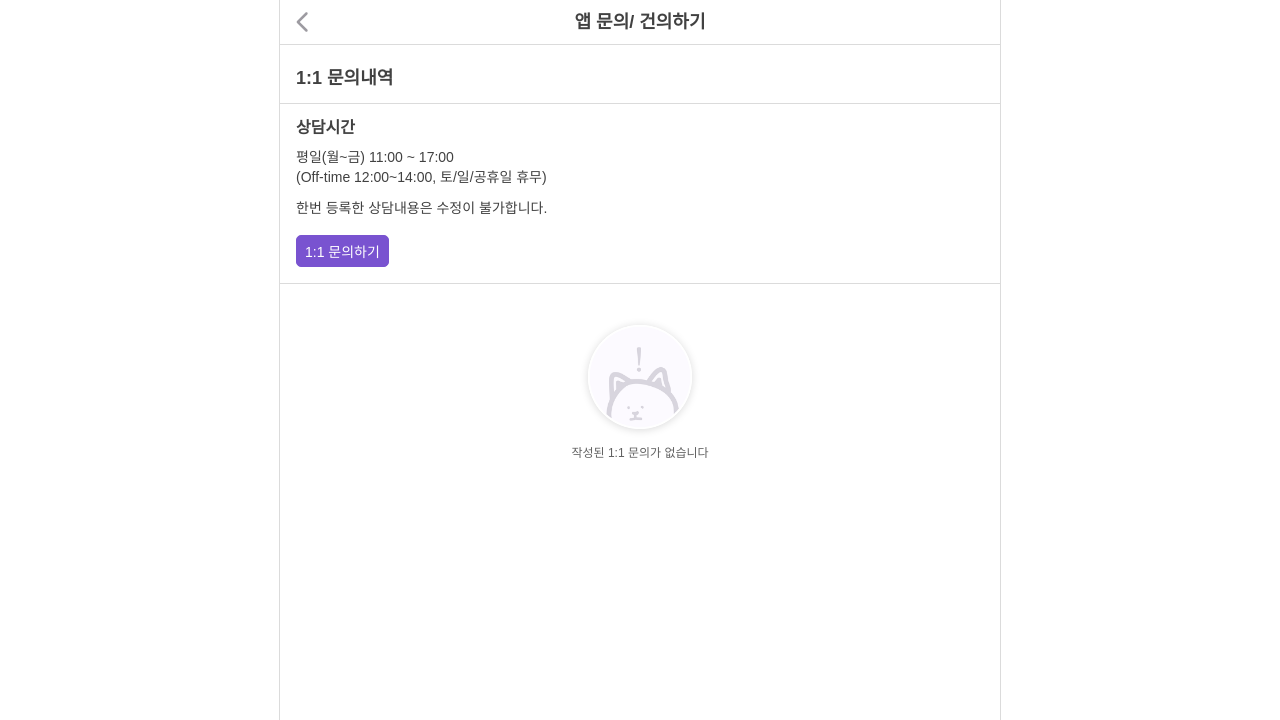
Repository: gosun1018/denguru
Page: my_complain_nodata.html
These files come from the project's save history. The page is drawn as it stood at one moment and after the next save; the edit follows.
The browser window is 1280 px wide. The pictures show the whole page.
Some web fonts or font styles are not loaded; a fallback is used. The style sheet was rebuilt from its Sass, Less or Tailwind sources for each picture, by a compiler version that may differ from the author's.

Above is the page before, as saved 2020-03-23 15:34:23.

After the next save:
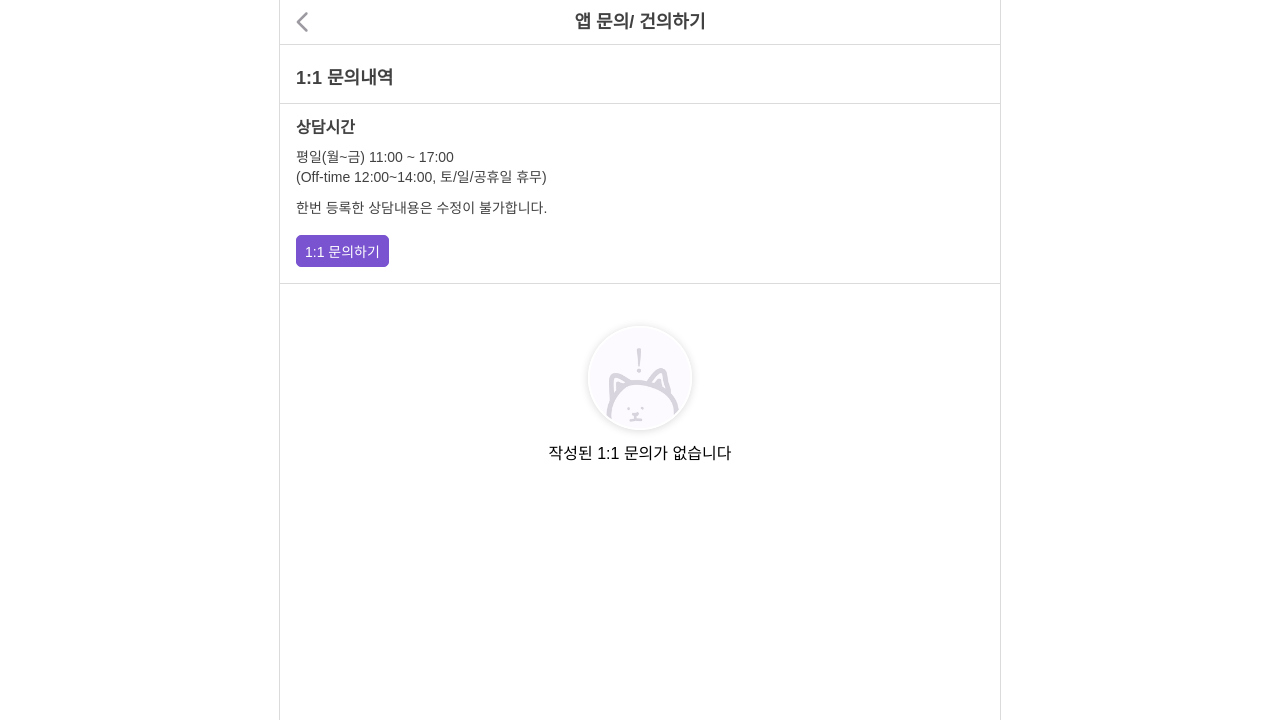
Saved 7 s later.
--- a/my_complain_nodata.html
+++ b/my_complain_nodata.html
@@ -39,7 +39,7 @@
                     <div class="noreview_message_container">
                         <div>
                             <div class="img_box img_noreview"><img src="images/profile-noimg.png" alt="" class="img"></div>
-                            <div class="txt02 txt_center">작성된 1:1 문의가 없습니다</div>
+                            <div class="txt03 txt_center">작성된 1:1 문의가 없습니다</div>
                         </div>
                     </div>
                 </div>
